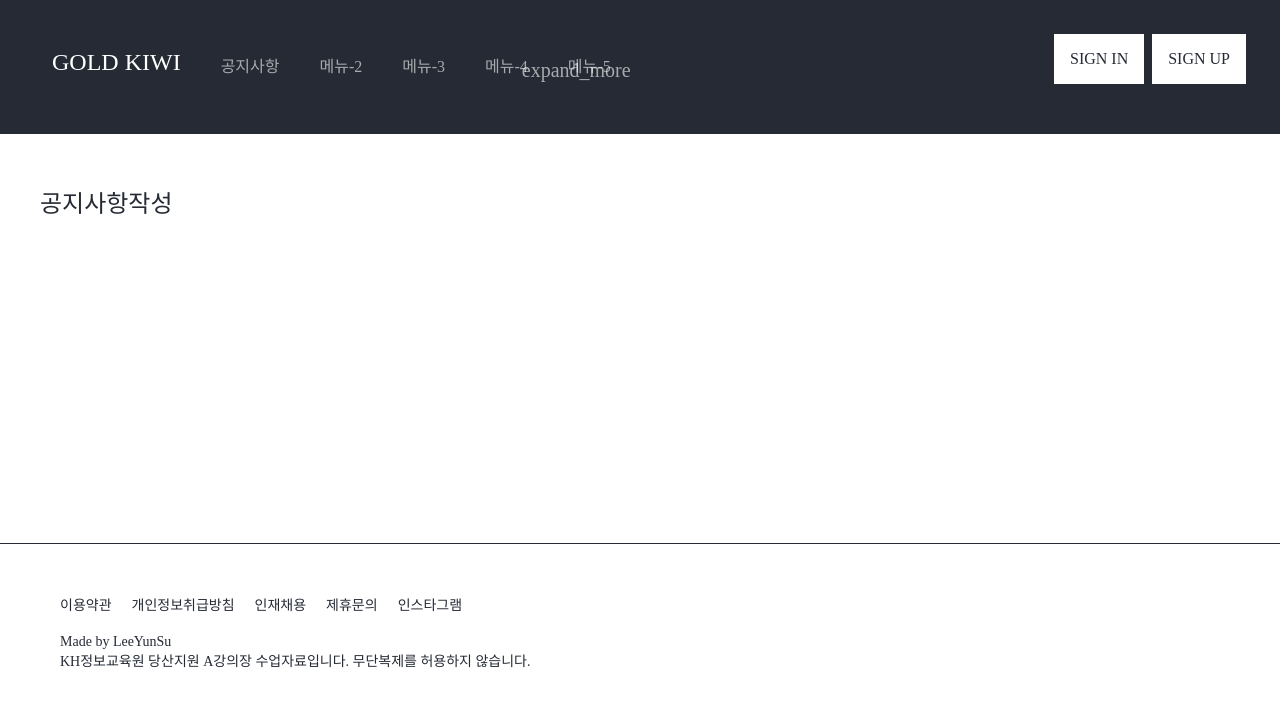
Repository: RiboKim/web-workspace
Page: http://localhost/07_mvc2WebProject/noticeWriteFrm.do
An editor plug-in stored every save of this project. The page is shown before and after the next save, followed by the edit.
The browser window is 1280 px wide. The pictures show the whole page.
Some web fonts or font styles are not loaded; a fallback is used. The page is served by Tomcat 9.

Above is the page before, as saved 2023-02-16 06:36:00.

After the next save:
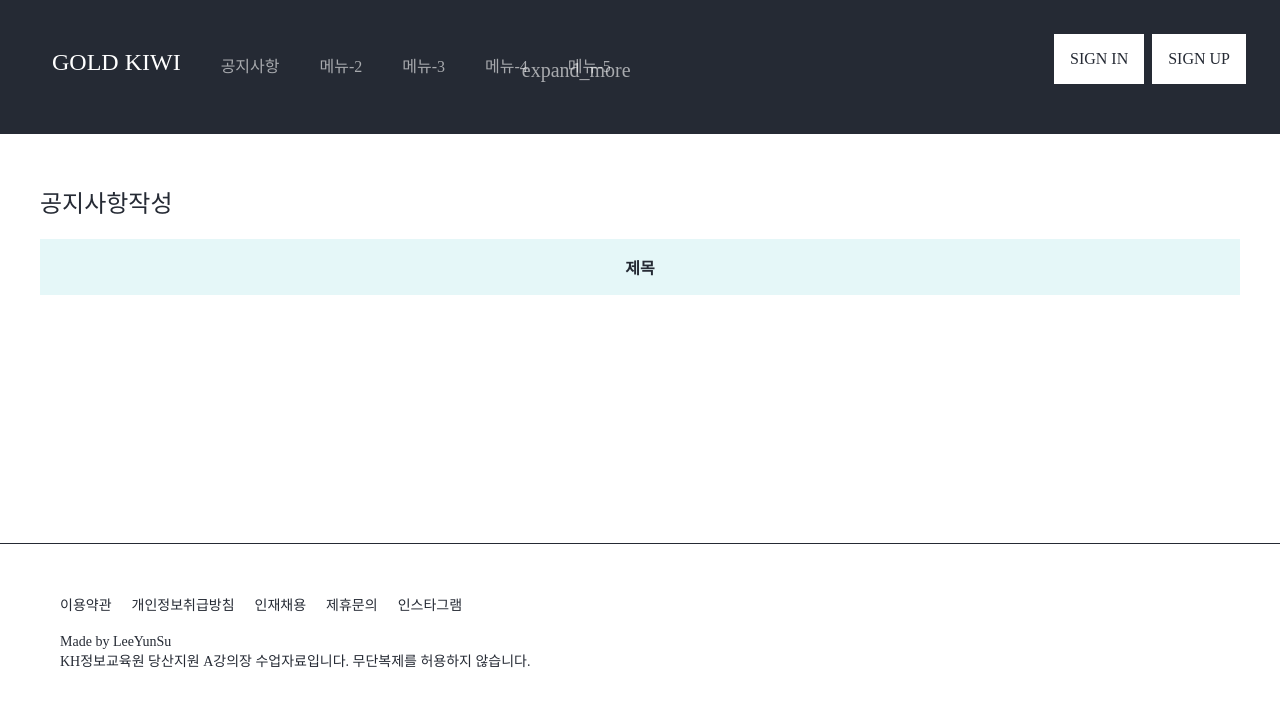
Saved 16 s later.
--- a/07_mvc2WebProject/src/main/webapp/WEB-INF/views/notice/noticeWriteFrm.jsp
+++ b/07_mvc2WebProject/src/main/webapp/WEB-INF/views/notice/noticeWriteFrm.jsp
@@ -13,7 +13,7 @@
 		<form action="/noticeWrite.do" method="post" enctype="multipart/form-data"> <!-- 첨부파일이 있는 경우에는 무조건 post -->
 			<table class="tbl" id="noticeWrite">
 				<tr class="tr-1">
-
+					<th class="td-3">제목</th>
 				</tr>
 			</table>
 		</form>
